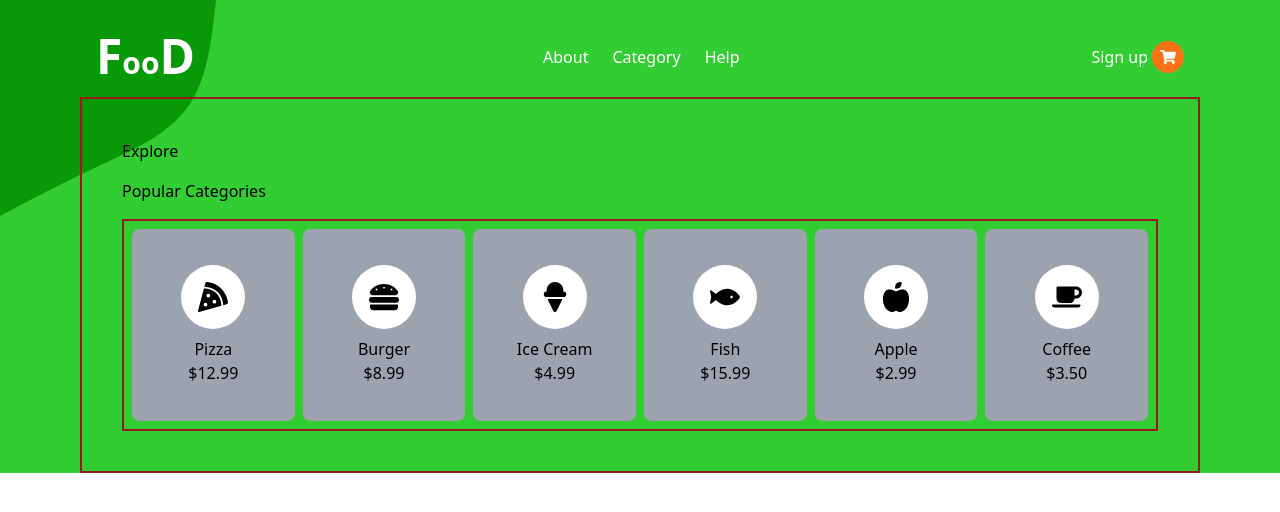
Repository: KhushiCode14/FoodWeb
Page: /category (app in frontend/)
These files come from the project's save history. The page is drawn as it stood at one moment and after the next save; the edit follows.
The browser window is 1280 px wide. The pictures show the whole page.
The project was rebuilt for these pictures with package versions that can differ from the ones it lists, and the page was loaded fresh each time. Also part of the build but not shown: frontend/src/Pages/Home.tsx, frontend/src/components/Home/SignUp.tsx, frontend/src/components/Home/SignIn.tsx, frontend/src/components/Home/Cart.tsx.

Above is the page before, as saved 2024-09-24 12:18:49.

### frontend/src/index.css
@tailwind base;
@tailwind components;
@tailwind utilities;

.bgBack{
  background-image: url(../src/components/images/background.svg);
}
.bgSignUp{
  background-image:url(../src/components/images/signUpBg.jpeg);
}
.SignUpShadow{
  box-shadow: rgba(0, 0, 0, 0.24) 0px 3px 8px;
}

### frontend/src/App.tsx
import { Route, BrowserRouter as Router, Routes, } from 'react-router-dom';
import './App.css';
import Navbar from './Pages/Navbar';
import Home from './Pages/Home';
import SignUp from './components/Home/SignUp';
import SignIn from './components/Home/SignIn';
import Cart from './components/Home/Cart';
import Category from './components/categories/Category';

function App() {
  return (
    <div className="App bgBack m-0 px-20 pt-2 max-sm:px-3 max-sm:pt-1">
      <Router>
        <Navbar />
        <Routes>
          <Route path="/" element={<Home />} />
          <Route path="/signUp" element={<SignUp />} />
          {/* Sign Up: This action is for new users who want to create an account. */}
          <Route path="/signIn" element={<SignIn />} />
          {/* Sign In: This action is for users who already have an account */}
          <Route path="/cart" element={<Cart />} />
         <Route  path="/category" element={<Category/>} />
          {/*<Route  path="/contact" element={Contact} /> */}
        </Routes>

      </Router>

    </div>
  );
}

export default App;

### frontend/src/Pages/Navbar.tsx
import { NavLink, Link } from "react-router-dom";
import { FaShoppingCart, FaCartPlus } from "react-icons/fa";
import { useState } from "react";
import { IoReorderThreeOutline } from "react-icons/io5";

interface Nav {
  to: string;
  linkName: string;
}

const Navbar: React.FC = () => {
  const [sign, setSign] = useState<string>('Sign up');
  const [menu, setMenu] = useState<boolean>(false);
  const [cart, setCart] = useState<JSX.Element>(<FaShoppingCart />);

  const navLinks: Nav[] = [
    { to: "/about", linkName: "About" },
    { to: "/category", linkName: "Category" },
    { to: "/help", linkName: "Help" },
  ];

  const handleSignToggle = () => {
    setSign((prev) => (prev === 'Sign up' ? 'Sign in' : 'Sign up'));
  };

  const handleCartToggle = () => {
    setCart((prevCart) =>
      prevCart.type === FaShoppingCart ? <FaCartPlus /> : <FaShoppingCart />
    );
  };

  return (
    <div className="mt-2 flex justify-between items-center text-white  p-4">
      <div className="font-bold text-3xl">
        <Link to="/">
          <span className="text-5xl">F</span>oo<span className="text-5xl">D</span>
        </Link>
      </div>

      {/* Desktop Menu */}
      <div className="hidden md:flex">
        {navLinks.map((link, index) => (
          <Link key={index} to={link.to} className="mx-3 hover:text-gray-400">
            {link.linkName}
          </Link>
        ))}
      </div>

      {/* Mobile Menu Button */}
      <div className="flex items-center relative">
        <button className="hidden md:block">
          <NavLink to="/signUp" onClick={handleSignToggle} className="m-1">
            {sign}
          </NavLink>
        </button>

        <div onClick={handleCartToggle} className="bg-orange-500 p-2 rounded-full cursor-pointer">
         <Link to="/cart"> {cart}</Link>
        </div>

        <div className="md:hidden flex items-center ml-3">
          <IoReorderThreeOutline onClick={() => setMenu(!menu)} className="text-2xl cursor-pointer" />
        </div>
      </div>

      {/* Mobile Dropdown Menu */}
      {menu && (
        <div className="md:hidden mt-2 absolute right-0 w-40 bg-orange-500  p-2 rounded-lg z-10 top-20">
          <ul className="flex flex-col">
            {navLinks.map((link, index) => (
              <li key={index} className="my-1">
                <Link to={link.to} className="block px-4 py-2 text-white text-1xl  hover:bg-orange-800 rounded">
                  {link.linkName}
                </Link>
              </li>
            ))}
          </ul>
        </div>
      )}
    </div>
  );
};

export default Navbar;

### frontend/src/components/categories/Category.tsx
import React from 'react'
import Card from './Card'

const Category = () => {
  return (
    <div className='flex flex-col p-10 border-red-800 border-2 gap-4 justify-between'>
      <div className='flex-1'><button>Explore</button></div>
      <div className='flex-1' ><h1>Popular Categories</h1></div>
      {/* cards */}
      <div className='flex-1'>
       <Card/>
      </div>
    </div>
  )
}

export default Category

### frontend/src/components/categories/Card.tsx
import React from 'react'
import { FaPizzaSlice, FaHamburger, FaIceCream,  FaCoffee, FaAppleAlt, FaFish } from 'react-icons/fa';
interface FoodItem {
  id: number;
  name: string;
  price: number;
  icon: JSX.Element;
}
const foodItems: FoodItem[] = [
  {
    id: 1,
    name: 'Pizza',
    price: 12.99,
    icon: <FaPizzaSlice />,
  },
  {
    id: 2,
    name: 'Burger',
    price: 8.99,
    icon: <FaHamburger />,
  },
  {
    id: 3,
    name: 'Ice Cream',
    price: 4.99,
    icon: <FaIceCream />,
  }
  ,
  {
    id: 4,
    name: 'Fish',
    price: 15.99,
    icon: <FaFish />,
  },
  {
    id: 5,
    name: 'Apple',
    price: 2.99,
    icon: <FaAppleAlt />,
  },
  {
    id: 6,
    name: 'Coffee',
    price: 3.50,
    icon: <FaCoffee />,
  },
  // {
  //   id: 7,
  //   name: 'Hot Dog',
  //   price: 5.49,
  //   icon: <FaHotdog />,
  // },
  // {
  //   id: 8,
  //   name: 'Chicken Drumstick',
  //   price: 9.99,
  //   icon: <FaDrumstickBite />,
  // },
];

const Card: React.FC = () => {

  return (
    <div className="p-2 border-red-800   border-2 flex gap-2 ">
      {foodItems.map((item) => (
      <div
      key={item.id}
      className="bg-gray-400 p-3 flex flex-col items-center justify-center w-[164px] h-48 rounded-lg"
    >
      <div className="icon rounded-full bg-white p-2 flex items-center justify-center w-16 h-16 text-3xl">
        {item.icon}
      </div>
      <h3 className="mt-2 text-center">{item.name}</h3>
      <p className="text-center">${item.price.toFixed(2)}</p>
    </div>

      ))}
    </div>
  )
}

export default Card

### frontend/tailwind.config.js
/** @type {import('tailwindcss').Config} */
module.exports = {
  content: [
    "./src/**/*.{js,jsx,ts,tsx}",
  ],
  theme: {
    extend: {
      fontFamily: {
        'cursive': ['Pacifico', 'cursive']
      }
    },
  },
  plugins: [],
}

Loaded but not shown: frontend/public/index.html (common file); frontend/src/index.tsx (common file); frontend/src/reportWebVitals.ts (common file); frontend/src/App.css (no stored copy; drawn as an empty file)

After the next save:
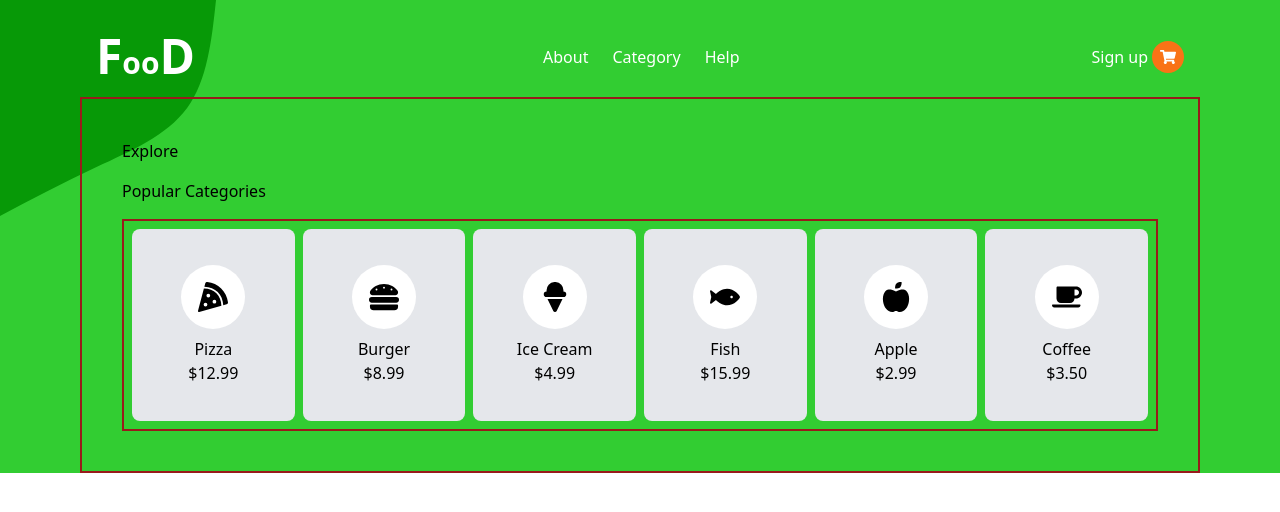
Saved 21 s later.
--- a/frontend/src/components/categories/Card.tsx
+++ b/frontend/src/components/categories/Card.tsx
@@ -65,7 +65,7 @@ const Card: React.FC = () => {
       {foodItems.map((item) => (
       <div
       key={item.id}
-      className="bg-gray-400 p-3 flex flex-col items-center justify-center w-[164px] h-48 rounded-lg"
+      className="bg-gray-200 p-3 flex flex-col items-center justify-center w-[164px] h-48 rounded-lg"
     >
       <div className="icon rounded-full bg-white p-2 flex items-center justify-center w-16 h-16 text-3xl">
         {item.icon}
